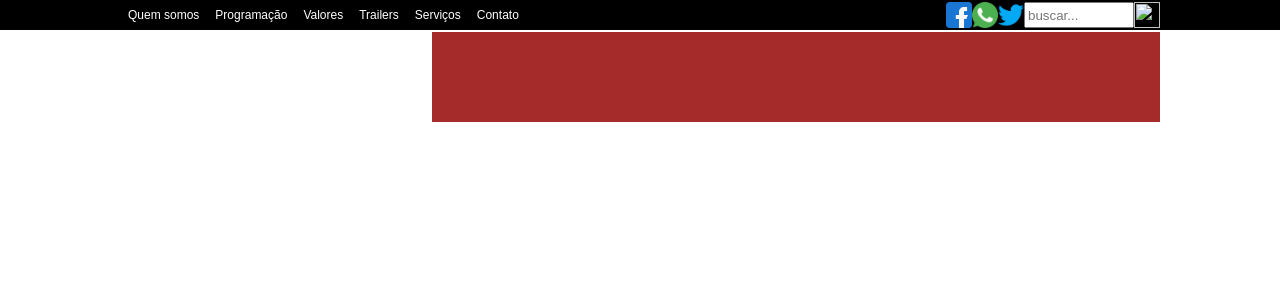
Repository: brnatajose/cineveneza
Page: index.html
An editor plug-in stored every save of this project. The page is shown before and after the next save, followed by the edit.
The browser window is 1280 px wide. The pictures show the whole page.

Above is the page before, as saved 2021-08-28 13:33:34.

### index.html
<html>
<head>
    <meta charset='utf-8'>
    <meta http-equiv='X-UA-Compatible' content='IE=edge'>
    <title>Cine Veneza - A mais de 35 anos levando cultura a Porto Velho</title>
    <meta name='viewport' content='width=device-width, initial-scale=1'>
    <link rel='stylesheet' type='text/css' media='screen' href='main.css'>
    <script src='main.js'></script>
</head>
<body>
    <div class="topo">
        <div class="topoint">
            <div class="topoleft">
                <ul>
                    <li><a href="">Quem somos</a></li>
                    <li><a href="">Programação</a></li>
                    <li><a href="">Valores</a></li>
                    <li><a href="">Trailers</a></li>
                    <li><a href="">Serviços</a></li>
                    <li><a href="">Contato</a></li>
                </ul>
            </div>
            <div class="toporight">
                <input type="image" border="0" width="26" height="26"/>
                <input type="text" name="busca" class="topobusca" placeholder="buscar..."/>
                <a href=""><img src="Assests/img/twitter.png" border="0" width="26" height="26"> </a>
                <a href=""><img src="Assests/img/whatsapp.png" border="0" width="26" height="26"> </a>
                <a href=""><img src="Assests/img/facebook.png" border="0" width="26" height="26"> </a>
            </div>
        </div>
    </div>
    <div class="topo2">
        <div class="topoint2">
            <div class="logo">
<img src="">
            </div>
            <div class="banner">

            </div>
        </div>
    </div>
</body>
</html>

### main.css
body {
    margin: 0;
    font-family: Arial, Helvetica, sans-serif;
    font-size: 12px;
}

.topo {
    height: 30px;
    background-color: black;
    color: white;
}

.topoint {
    width: 100%;
    max-width: 1040px;
    height: 30px;
    margin: auto;
}

.topoleft {
    width: 50%;
    height: 30px;
    float: left;
}

.toporight {
    width: 50%;
    height: 28px;
    float: right;
}

.topoleft ul {
    margin: 0;
    padding: 0;
    list-style: none;
}

.topoleft li {
    float: left;
    height: 30px;
    line-height: 30px;
    margin-left: 8px;
    margin-right: 8px;
}

.topoleft li a {
    text-decoration: none;
    color: white;
}

.toporight {
    line-height: 30px;
    margin-top: 2px;
}

.topobusca {
    width: 110px;
    height: 26px;
    outline: 0;
}

.toporight a {
    float: right;

}

.toporight input {
    float: right;
}

.topo2 {
    height: 95px;

}

.topoint2 {
    width: 100%;
    max-width: 1040px;
    height: 95px;
    margin: auto;
    background-color: white;
}

.logo {
    width: 230px;
    height: 95px;
    float: left;
}

.topo2 .banner {
    width: 728px;
    height: 90px;
    float: right;
    margin-top: 2px;
    background-color: brown;
}

Loaded but not shown: main.js (no stored copy; drawn as an empty file)

After the next save:
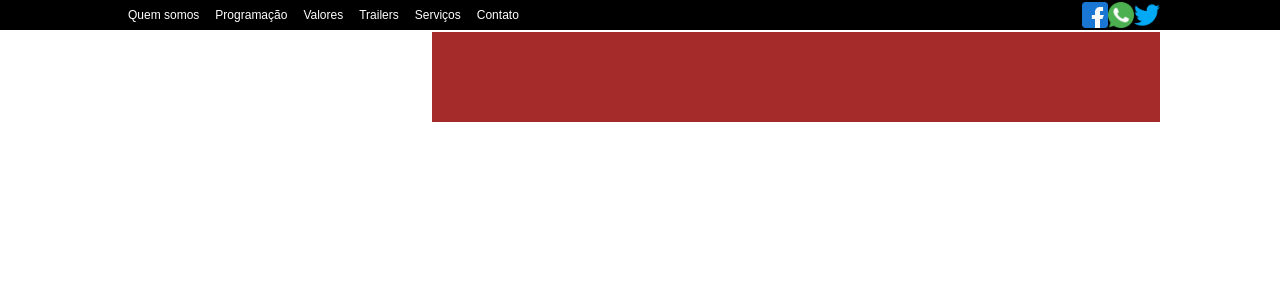
Saved 32 s later.
--- a/index.html
+++ b/index.html
@@ -21,8 +21,6 @@
                 </ul>
             </div>
             <div class="toporight">
-                <input type="image" border="0" width="26" height="26"/>
-                <input type="text" name="busca" class="topobusca" placeholder="buscar..."/>
                 <a href=""><img src="Assests/img/twitter.png" border="0" width="26" height="26"> </a>
                 <a href=""><img src="Assests/img/whatsapp.png" border="0" width="26" height="26"> </a>
                 <a href=""><img src="Assests/img/facebook.png" border="0" width="26" height="26"> </a>
